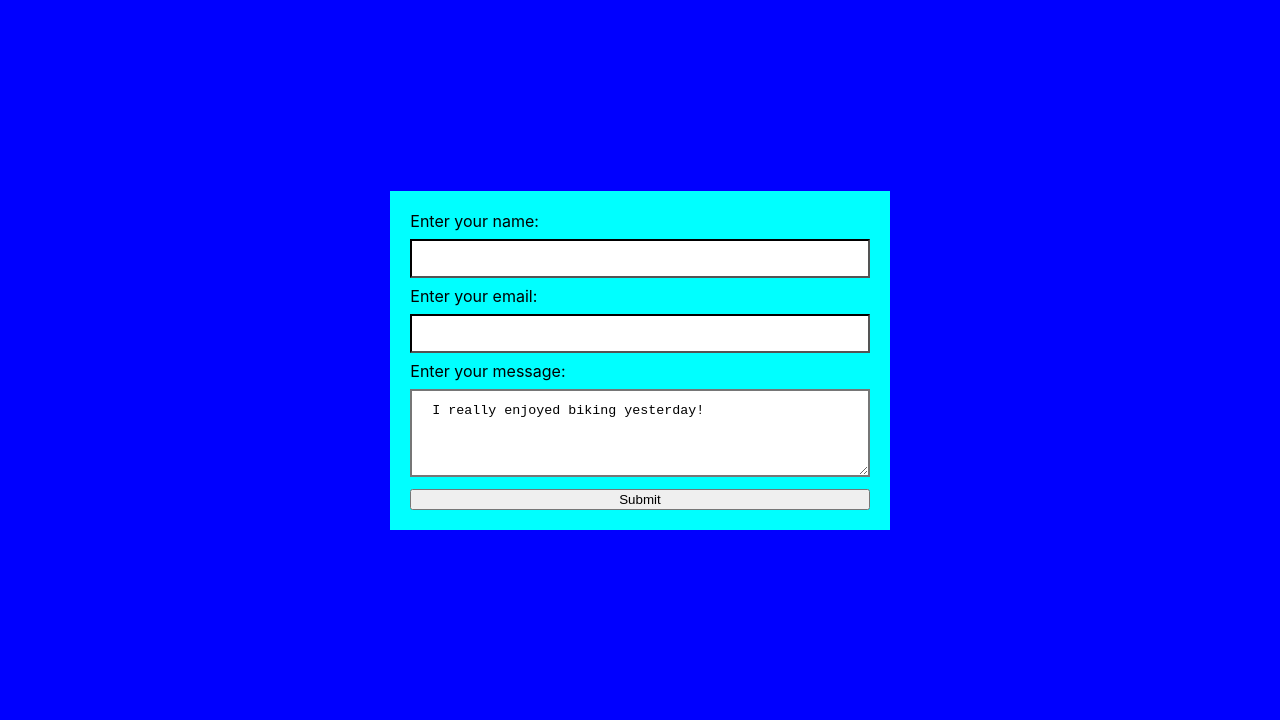
Repository: AddamVictorioDev/ProfileWebsite
Page: /form (app in con/)
These files come from the project's save history. The page is drawn as it stood at one moment and after the next save; the edit follows.
The browser window is 1280 px wide. The pictures show the whole page.
The project was rebuilt for these pictures with package versions that can differ from the ones it lists, and the page was loaded fresh each time. Also part of the build but not shown: con/src/App.css, con/src/home.css, con/src/home.js, con/src/addam.css, con/src/addam.js, con/src/usescripts.js, con/src/projects.js.

Above is the page before, as saved 2023-03-16 19:35:06.

### con/src/index.css
body {
  margin: 0;
  font-family: -apple-system, BlinkMacSystemFont, 'Segoe UI', 'Roboto', 'Oxygen',
    'Ubuntu', 'Cantarell', 'Fira Sans', 'Droid Sans', 'Helvetica Neue',
    sans-serif;
  -webkit-font-smoothing: antialiased;
  -moz-osx-font-smoothing: grayscale;
  /* background-image: url("/Users/addamvictorio/con/src/waterdropwallpp.jpg"); */
  /* background-color: #ffffff; */

}

code {
  font-family: source-code-pro, Menlo, Monaco, Consolas, 'Courier New',
    monospace;
}

### con/src/App.js
import logo from './logo.svg';
import './App.css';
import HomePage from './home';
import Addam from './addam';

import {
  BrowserRouter,
  Routes,
  Route
} from "react-router-dom";
import Projects from './projects';
import MyForm from './form';

function App() {

  return (

    <BrowserRouter>
      <Routes>


      <Route exact path="/" element={<Addam />}  />
      <Route path="projects" element={<Projects />} />
      <Route path="form" element={<MyForm />} />

      </Routes>


  </BrowserRouter>

  );
}

export default App;

### con/src/form.js
import { useState } from 'react';
import ReactDOM from 'react-dom/client';
import './form.css'

function MyForm() {
  const [inputs, setInputs] = useState({});
  const [textarea, setTextarea] = useState(
    "The content of a textarea goes in the value attribute"
  );

  const handleChange = (event) => {
    const name = event.target.name;
    const value = event.target.value;
    setInputs(values => ({...values, [name]: value}))
  }

  const handleSubmit = (event) => {
    event.preventDefault();
    alert(inputs);
  }

  return (
    <div className="center">
    <form onSubmit={handleSubmit}>
      <label>Enter your name:
      <input
        type="text"
        name="username"
        value={inputs.username || ""}
        onChange={handleChange}
      />
      </label>
      <label>Enter your email:
        <input
          type="text"
          name="age"
          value={inputs.age || ""}
          onChange={handleChange}
        />
        </label>
        <label>Enter your message:
        <textarea
        name="postContent"
        defaultValue="I really enjoyed biking yesterday!"
        rows={4}
        cols={40}
      />
        </label>

        <input type="submit" />
    </form>
    </div>
  )
}

export default MyForm;

### con/src/projects.css
.center{
    display: grid;
    justify-content: center;
    align-items: center;


}
.photo-grid {
    display: flex;
    height: 100%;

    border-radius: 10px;
    border-color: black;

    flex-wrap: wrap;
    justify-content: center;
    align-items: center;
    gap: 10px;
    background-color: blueviolet;
  }

  .photo-item {
    height: 100%;


    position: relative;




    overflow: auto;
  }

  img {
    width: 100%;
    height: 100%;


    object-fit: cover;
  }
  .img-text {
    position: absolute;
    width: 100%;
    bottom: 10px;

    color: white;
    background-color: rgb(199, 6, 6);
    padding: 10px;
  }

### con/src/form.css
body{
    display: flex;
    align-items: center;
    justify-content: center;

    height:100vh;

}
.container{

    align-items:center;
    display: flex;
    justify-content: space-between;

}

.center{
    display: grid;
    place-items: center;
 width: 100vw;
 height: 100vh;
    background-color: blue;



}


form{
    display: flex;
    flex-direction: column;
    background-color: aqua;
    width: 80%;
    padding: 20px;
    justify-content: space-around;

}

input[type=text] {
    width: 100%;
    padding:  10px;
    margin: 8px 0;
border-color: black;
    box-sizing: border-box;
  }
  textarea{

    width: 100%;
    padding: 12px 20px;
    margin: 8px 0;
    box-sizing: border-box;
    border-width: 2px;
  }

Loaded but not shown: con/public/index.html (common file); con/src/index.js (common file); con/src/reportWebVitals.js (common file)

After the next save:
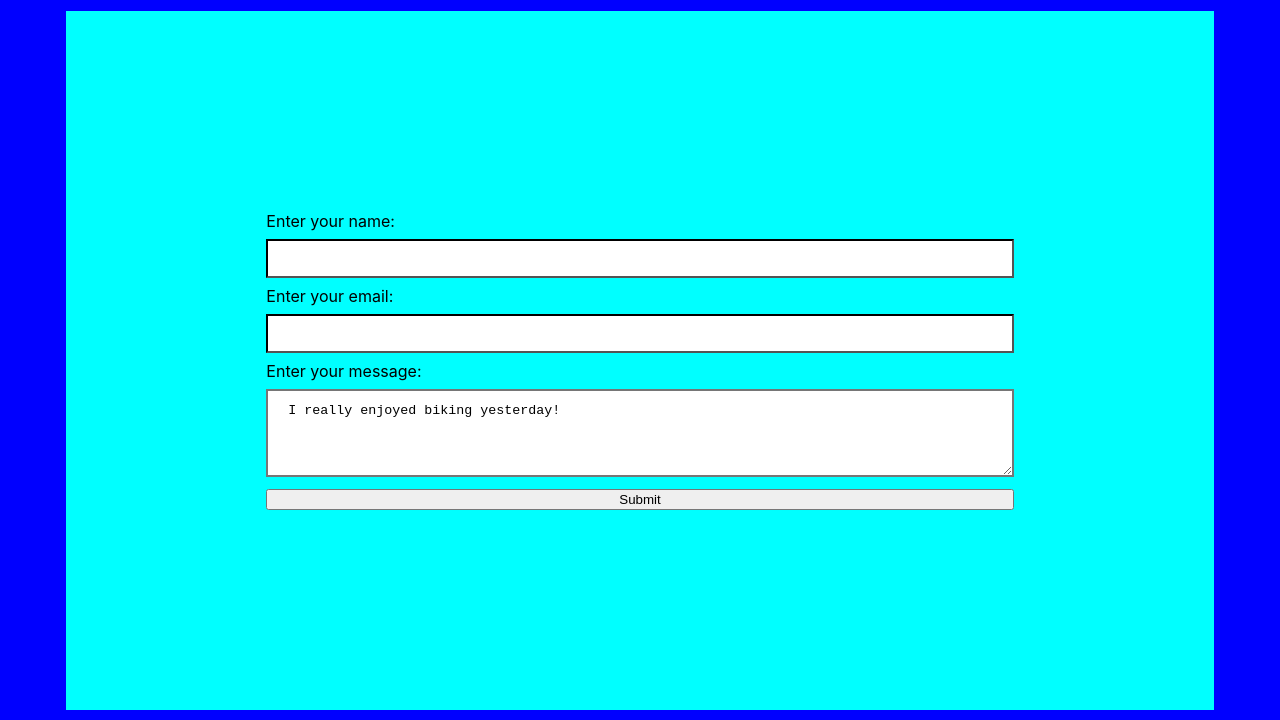
Saved 4 s later.
--- a/con/src/form.css
+++ b/con/src/form.css
@@ -31,7 +31,7 @@ form{
     flex-direction: column;
     background-color: aqua;
     width: 80%;
-    padding: 20px;
+    padding: 200px;
     justify-content: space-around;
 
 }
